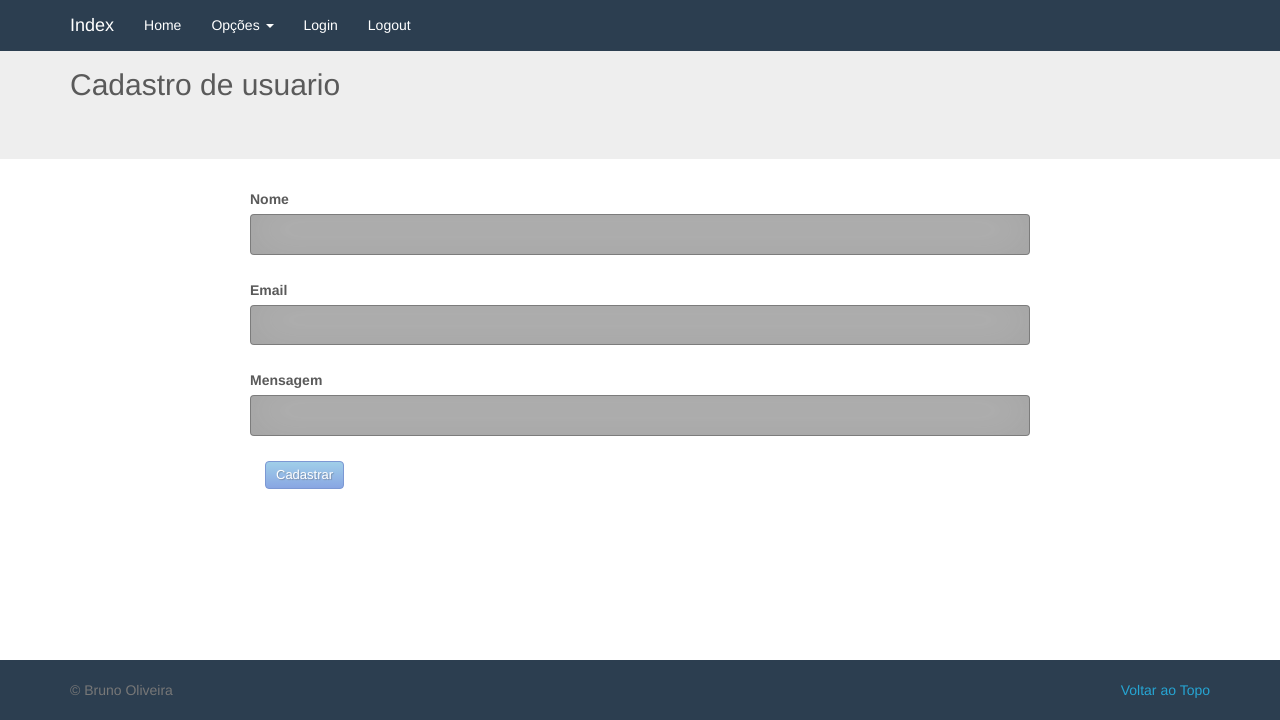
Repository: brunoOliveira12/Fatec
Page: http://localhost/phpmail/View/cadastro.php
The author's editor kept a copy of each file at every save. The page is drawn from the files as they stood at one save, then again after the next save.
The browser window is 1280 px wide. The pictures show the whole page.
The page is run by PHP 8.4 with error messages shown; the project is at /var/www/html/. The session is filled in as if someone had signed in: {"autenticado": "false", "email": "test@example.com", "senha": 1}. Other server files are loaded and not shown.

Above is the page before, as saved 2019-06-08 13:28:20.

### php/cantina/CRUDPHP/View/cadastro.php
<!DOCTYPE html>
<html lang="pt-br">
    <head>
        <meta charset="utf-8">
        <meta http-equiv="X-UA-Compatible" content="IE=edge">
        <meta name="viewport" content="width=device-width, initial-scale=1">
        <meta name="description" content="">
        <meta name="author" content="">
        <link rel="icon" href="../../favicon.ico">
        <title>Cadastro</title>
        <link href="css/bootstrap.css" rel="stylesheet">
        <link href="css/estilo.css" rel="stylesheet">
    </head>
    <body>
    <?php
        include_once('menu.php');
    ?>
        <div class="jumbotron">
            <div class="container">
                <h2>Cadastro de usuario</h2>
            </div>
        </div>
        <div class="contact-section">
            <div class="container">
                <div class="row">
                    <div class="col-md-8 col-md-offset-2">
                        <form class="form-horizontal" action="../Controller/ContatoController.php" method="POST">
                            <div class="form-group">
                                <label for="nome">Nome</label>
                                <input name="nome" type="text" required>
                            </div>
                            <div class="form-group">
                                <label for="email">Email</label>
                                <input name="email" type="email" required>
                            </div>
                            <div class="form-group">
                                <label for="mensagem">Mensagem</label>
                                <input name="mensagem" type="text" required>
                            </div>
                            <?php
                            session_start();

                            if ($_SESSION['autenticado'] == 'false') {
                                echo '<button class="btn btn-primary" disabled>Cadastrar</button>';
                            } else {
                                echo '<button type = "submit" class = "btn btn-primary" name = "cadastrar" id = "cadastrar">Cadastrar</button>';
                            }
                            ?>
                        </form>
                    </div>
                </div>
            </div>
        </div>
        <!-- Fim contatos -->
        <!-- FOOTER -->
        <footer class="footer">
            <div class="container">
                <p class="text-muted pull-left">&copy; Bruno Oliveira</p>
                <p class="text-muted pull-right"><a href="#">Voltar ao Topo</a></p>
            </div>
        </footer>

        <!-- Bootstrap core JavaScript
        ================================================== -->
        <!-- Placed at the end of the document so the pages load faster -->
        <script src="https://ajax.googleapis.com/ajax/libs/jquery/1.12.4/jquery.min.js"></script>
        <script>window.jQuery || document.write('<script src="js/vendor/jquery.min.js"><\/script>')</script>
        <script src="js/bootstrap.min.js"></script>
        <!-- IE10 viewport hack for Surface/desktop Windows 8 bug -->
        <script src="js/ie10-viewport-bug-workaround.js"></script>
    </body>
</html>

### php/cantina/CRUDPHP/View/menu.php
<nav class="navbar navbar-default navbar-fixed-top">
            <div class="container">
                <div class="navbar-header">
                    <button type="button" class="navbar-toggle collapsed" data-toggle="collapse" data-target="#navbar" aria-expanded="false" aria-controls="navbar">
                        <span class="sr-only">Toggle navigation</span>
                        <span class="icon-bar"></span>
                        <span class="icon-bar"></span>
                        <span class="icon-bar"></span>
                    </button>
                    <a class="navbar-brand" href="index.php">Index</a>
                </div>
                <div id="navbar" class="navbar-collapse collapse">
                    <ul class="nav navbar-nav">
                        <li class="active"><a href="index.php">Home</a></li>
                        <li class="dropdown">
                            <a href="#" class="dropdown-toggle" data-toggle="dropdown" role="button" aria-haspopup="true" aria-expanded="false">Opções <span class="caret"></span></a>
                            <ul class="dropdown-menu">
                                <li class="dropdown-header">Cadastros</li>
                                <li><a href="cadastro.php">Usuário</a></li>
                                <li><a href="cadastroPortifolio.php">Portifolio</a></li>
                                <li role="separator" class="divider"></li>
                                <li class="dropdown-header">Listas</li>
                                <li><a href="consulta.php">Usuário</a></li>
                                <li><a href="consultaPortifolio.php">Portifolio</a></li>
                            </ul>
                        </li> <!-- fim dropdown -->
                        <li><a href="login.php">Login</a></li>
                        <li><a href="logout.php">Logout</a></li>
                    </ul>
                </div><!--/.nav-collapse -->
            </div>
</nav>

### php/cantina/CRUDPHP/View/css/estilo.css
/* inicio carousel
-------------------------------------------------- */
/* Padding below the footer and lighter body text */

body {
  padding-bottom: 40px;
  color: #5a5a5a;
}


/* CUSTOMIZE THE NAVBAR
-------------------------------------------------- */

/* Special class on .container surrounding .navbar, used for positioning it into place. */
.navbar-wrapper {
  position: absolute;
  top: 0;
  right: 0;
  left: 0;
  z-index: 20;
}

/* Flip around the padding for proper display in narrow viewports */
.navbar-wrapper > .container {
  padding-right: 0;
  padding-left: 0;
}
.navbar-wrapper .navbar {
  padding-right: 15px;
  padding-left: 15px;
}
.navbar-wrapper .navbar .container {
  width: auto;
}


/* CUSTOMIZE THE CAROUSEL
-------------------------------------------------- */

/* Carousel base class */
.carousel {
  height: 500px;
  margin-bottom: 60px;
}
/* Since positioning the image, we need to help out the caption */
.carousel-caption {
  z-index: 10;
}

/* Declare heights because of positioning of img element */
.carousel .item {
  height: 500px;
  background-color: #777;
}
.carousel-inner > .item > img {
  position: absolute;
  top: 0;
  left: 0;
  min-width: 100%;
  height: 500px;
}


/* MARKETING CONTENT
-------------------------------------------------- */

/* Center align the text within the three columns below the carousel */
.marketing .col-lg-4 {
  margin-bottom: 20px;
  text-align: center;
}
.marketing h2 {
  font-weight: normal;
}
.marketing .col-lg-4 p {
  margin-right: 10px;
  margin-left: 10px;
}


/* Featurettes
------------------------- */

.featurette-divider {
  margin: 80px 0; /* Space out the Bootstrap <hr> more */
}

/* Thin out the marketing headings */
.featurette-heading {
  font-weight: 300;
  line-height: 1;
  letter-spacing: -1px;
}


/* RESPONSIVE CSS
-------------------------------------------------- */

@media (min-width: 768px) {
  /* Navbar positioning foo */
  .navbar-wrapper {
    margin-top: 20px;
  }
  .navbar-wrapper .container {
    padding-right: 15px;
    padding-left: 15px;
  }
  .navbar-wrapper .navbar {
    padding-right: 0;
    padding-left: 0;
  }

  /* The navbar becomes detached from the top, so we round the corners */
  .navbar-wrapper .navbar {
    border-radius: 4px;
  }

  /* Bump up size of carousel content */
  .carousel-caption p {
    margin-bottom: 20px;
    font-size: 21px;
    line-height: 1.4;
  }

  .featurette-heading {
    font-size: 50px;
  }
}

@media (min-width: 992px) {
  .featurette-heading {
    margin-top: 120px;
  }
}
/* --------------------------------------------- fim carousel ----------------------------------------------------------- */



/* ---------------------------------------------- inicio contatos --------------------------------------------------------- */

a{
	color:#26a5d3;
}
a:hover,a:focus{
	text-decoration:none;
	color:#26a5d3;
}

#contact{
	background:#333333;
	color:#f4f4f4;
	padding-bottom:80px;
}

textarea.form-control{
    height:100px;
}

/* --------------------------------------- fim contatos ------------------------------------------------------------- */


/* Sticky footer styles
-------------------------------------------------- */
html {
  position: relative;
  min-height: 100%;
}
body {
  /* Margin bottom by footer height */
  margin-bottom: 60px;
}
.footer {
  position: absolute;
  bottom: 0;
  width: 100%;
  /* Set the fixed height of the footer here */
  height: 60px;
  background-color:#2c3e50;
}
.footer div,h3{
   background-color:#2c3e50;
   color:#FFF;
}
.footer h3{
   text-align:center;
}
.text-muted {
  margin: 20px 0;
}
/*--------------------------------------- tela de login  -----------------------------------------------------*/
.btn { display: inline-block; *display: inline; *zoom: 1; padding: 4px 10px 4px; margin-bottom: 0; font-size: 13px; line-height: 18px; color: #333333; text-align: center;text-shadow: 0 1px 1px rgba(255, 255, 255, 0.75); vertical-align: middle; background-color: #f5f5f5; background-image: -moz-linear-gradient(top, #ffffff, #e6e6e6); background-image: -ms-linear-gradient(top, #ffffff, #e6e6e6); background-image: -webkit-gradient(linear, 0 0, 0 100%, from(#ffffff), to(#e6e6e6)); background-image: -webkit-linear-gradient(top, #ffffff, #e6e6e6); background-image: -o-linear-gradient(top, #ffffff, #e6e6e6); background-image: linear-gradient(top, #ffffff, #e6e6e6); background-repeat: repeat-x; filter: progid:dximagetransform.microsoft.gradient(startColorstr=#ffffff, endColorstr=#e6e6e6, GradientType=0); border-color: #e6e6e6 #e6e6e6 #e6e6e6; border-color: rgba(0, 0, 0, 0.1) rgba(0, 0, 0, 0.1) rgba(0, 0, 0, 0.25); border: 1px solid #e6e6e6; -webkit-border-radius: 4px; -moz-border-radius: 4px; border-radius: 4px; -webkit-box-shadow: inset 0 1px 0 rgba(255, 255, 255, 0.2), 0 1px 2px rgba(0, 0, 0, 0.05); -moz-box-shadow: inset 0 1px 0 rgba(255, 255, 255, 0.2), 0 1px 2px rgba(0, 0, 0, 0.05); box-shadow: inset 0 1px 0 rgba(255, 255, 255, 0.2), 0 1px 2px rgba(0, 0, 0, 0.05); cursor: pointer; *margin-left: .3em; }
.btn:hover, .btn:active, .btn.active, .btn.disabled, .btn[disabled] { background-color: #e6e6e6; }
.btn-large { padding: 9px 14px; font-size: 15px; line-height: normal; -webkit-border-radius: 5px; -moz-border-radius: 5px; border-radius: 5px; }
.btn:hover { color: #333333; text-decoration: none; background-color: #e6e6e6; background-position: 0 -15px; -webkit-transition: background-position 0.1s linear; -moz-transition: background-position 0.1s linear; -ms-transition: background-position 0.1s linear; -o-transition: background-position 0.1s linear; transition: background-position 0.1s linear; }
.btn-primary, .btn-primary:hover { text-shadow: 0 -1px 0 rgba(0, 0, 0, 0.25); color: #ffffff; }
.btn-primary.active { color: rgba(255, 255, 255, 0.75); }
.btn-primary { background-color: #4a77d4; background-image: -moz-linear-gradient(top, #6eb6de, #4a77d4); background-image: -ms-linear-gradient(top, #6eb6de, #4a77d4); background-image: -webkit-gradient(linear, 0 0, 0 100%, from(#6eb6de), to(#4a77d4)); background-image: -webkit-linear-gradient(top, #6eb6de, #4a77d4); background-image: -o-linear-gradient(top, #6eb6de, #4a77d4); background-image: linear-gradient(top, #6eb6de, #4a77d4); background-repeat: repeat-x; filter: progid:dximagetransform.microsoft.gradient(startColorstr=#6eb6de, endColorstr=#4a77d4, GradientType=0);  border: 1px solid #3762bc; text-shadow: 1px 1px 1px rgba(0,0,0,0.4); box-shadow: inset 0 1px 0 rgba(255, 255, 255, 0.2), 0 1px 2px rgba(0, 0, 0, 0.5); }
.btn-primary:hover, .btn-primary:active, .btn-primary.active, .btn-primary.disabled, .btn-primary[disabled] { filter: none; background-color: #4a77d4; }
.btn-block { width: 100%; display:block; }

* { -webkit-box-sizing:border-box; -moz-box-sizing:border-box; -ms-box-sizing:border-box; -o-box-sizing:border-box; box-sizing:border-box; }
.bodyLogin {
    width: 100%;
	height:100%;
	font-family: 'Open Sans', sans-serif;
	background: #5a5a5a;

}
.login {
	position: absolute;
	top: 50%;
	left: 50%;
	margin: -150px 0 0 -150px;
	width:300px;
	height:300px;
}
.login h1 { color: #fff; text-shadow: 0 0 10px rgba(0,0,0,0.3); letter-spacing:1px; text-align:center; }

input {
	width: 100%;
	margin-bottom: 10px;
	background: rgba(0,0,0,0.3);
	border: none;
	outline: none;
	padding: 10px;
	font-size: 13px;
	color: #fff;
	text-shadow: 1px 1px 1px rgba(0,0,0,0.3);
	border: 1px solid rgba(0,0,0,0.3);
	border-radius: 4px;
	box-shadow: inset 0 -5px 45px rgba(100,100,100,0.2), 0 1px 1px rgba(255,255,255,0.2);
	-webkit-transition: box-shadow .5s ease;
	-moz-transition: box-shadow .5s ease;
	-o-transition: box-shadow .5s ease;
	-ms-transition: box-shadow .5s ease;
	transition: box-shadow .5s ease;
}
input:focus { box-shadow: inset 0 -5px 45px rgba(100,100,100,0.4), 0 1px 1px rgba(255,255,255,0.2); }

Loaded but not shown: php/cantina/CRUDPHP/View/css/bootstrap.css (library); php/cantina/CRUDPHP/View/js/bootstrap.min.js (library)

After the next save:
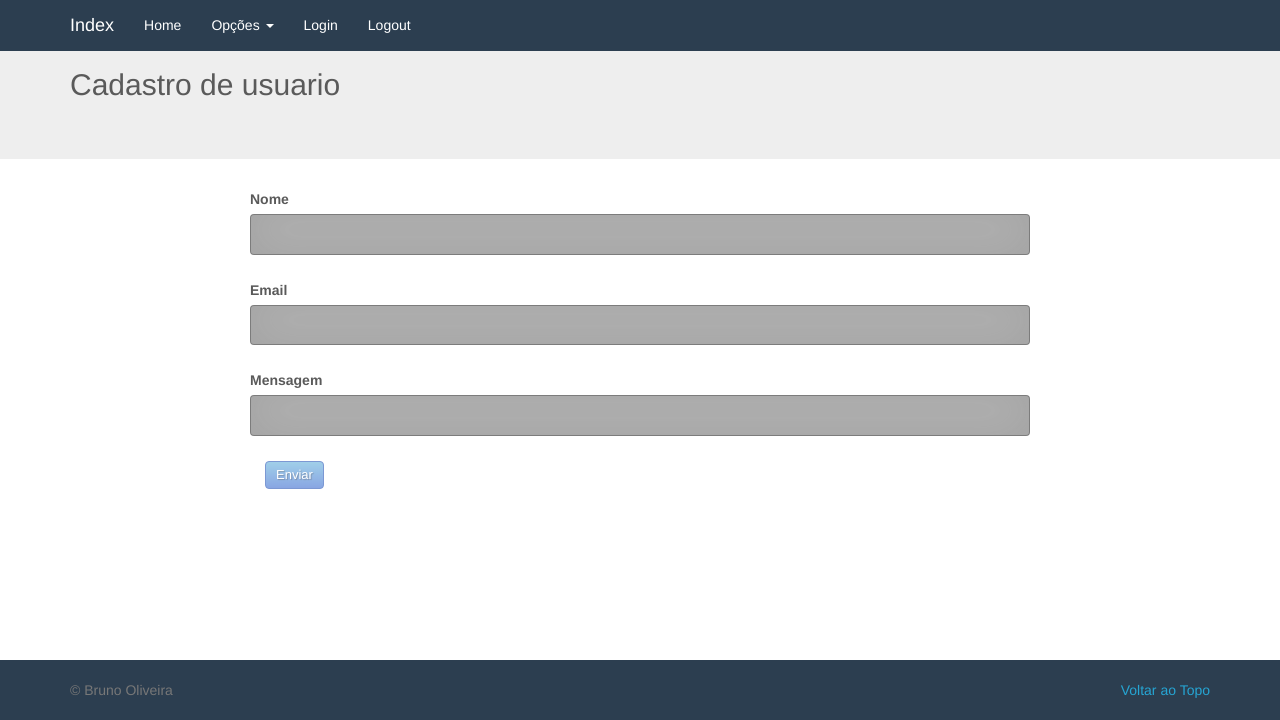
Saved 24 s later.
--- a/php/cantina/CRUDPHP/View/cadastro.php
+++ b/php/cantina/CRUDPHP/View/cadastro.php
@@ -41,9 +41,9 @@
                             session_start();
 
                             if ($_SESSION['autenticado'] == 'false') {
-                                echo '<button class="btn btn-primary" disabled>Cadastrar</button>';
+                                echo '<button class="btn btn-primary" disabled>Enviar</button>';
                             } else {
-                                echo '<button type = "submit" class = "btn btn-primary" name = "cadastrar" id = "cadastrar">Cadastrar</button>';
+                                echo '<button type = "submit" class = "btn btn-primary" name = "cadastrar" id = "cadastrar">Enviar</button>';
                             }
                             ?>
                         </form>
